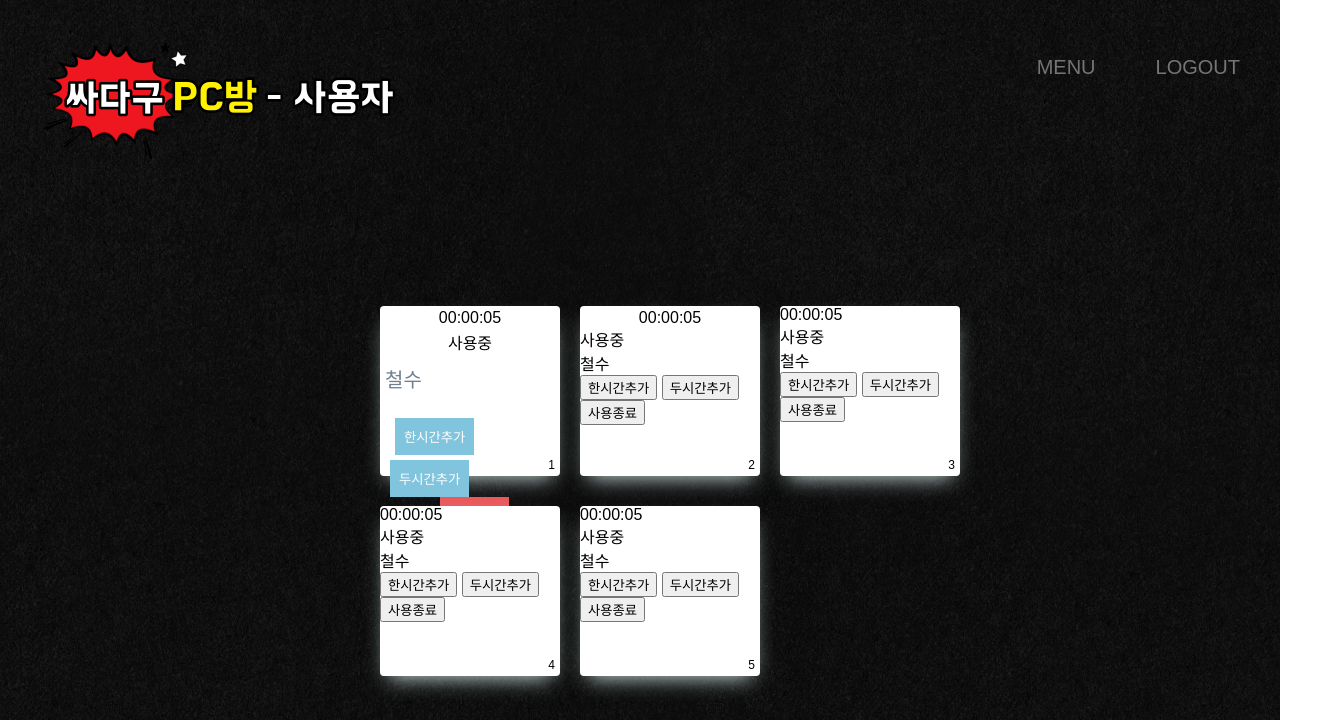
Repository: lkwoung/webProject-assignment
Page: http://localhost/CheapPC/userSeat.jsp
An editor plug-in stored every save of this project. The page is shown before and after the next save, followed by the edit.
The browser window is 1280 px wide. The page is 1320 px wide, so the pictures cover 1320 px, including what lies to the right of the window. The pictures show the whole page.
Some web fonts or font styles are not loaded; a fallback is used. The page is served by Tomcat 9.

Above is the page before, as saved 2020-12-13 13:34:19.

After the next save:
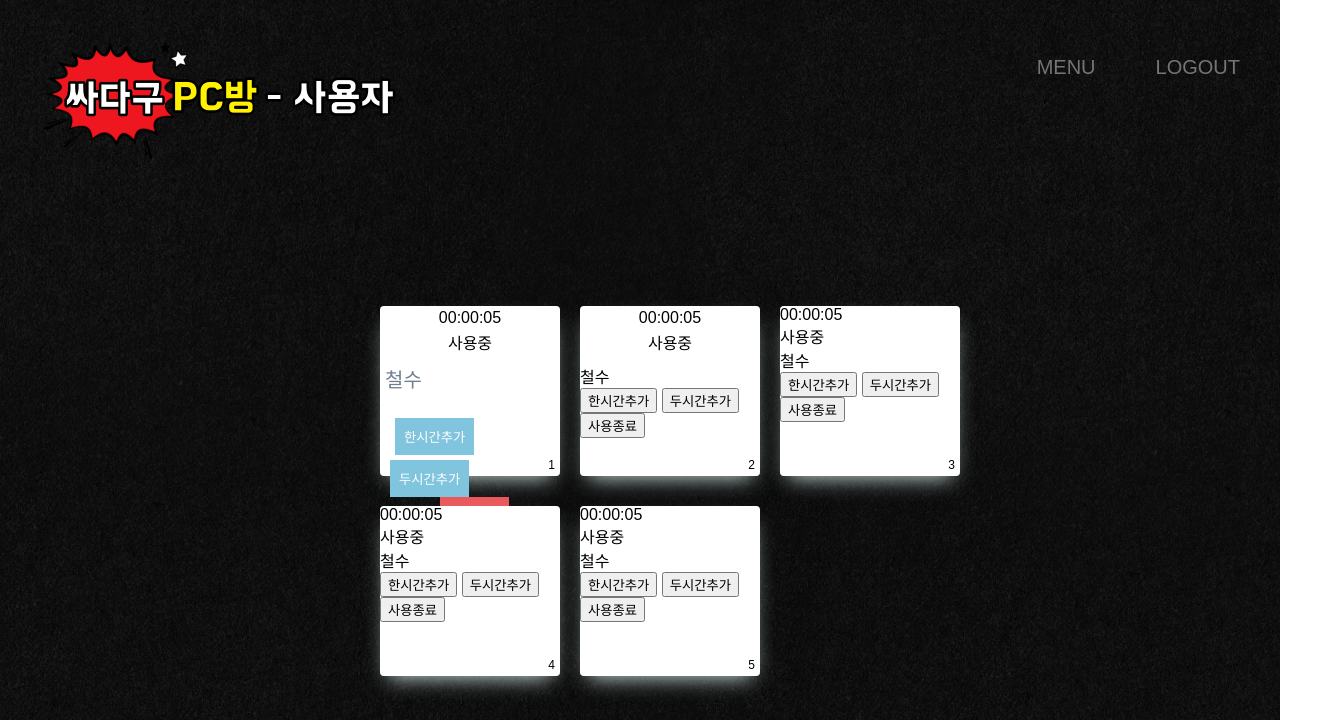
Saved 13 s later.
--- a/CheapPC/WebContent/userSeat.jsp
+++ b/CheapPC/WebContent/userSeat.jsp
@@ -49,7 +49,7 @@
           <div class="knobs"></div>
              <div class="layer">
                 <div class="1" style="text-align:center;padding-top:3px;">00:00:00</div>
-                <div id="1-state">사용중</div>
+                <div id="1-state" style="text-align:center;padding-top:3px;padding-bottom:10px;">사용중</div>
                 <div id="1-user"> </div>
             <input type="button" onclick="fncAddTime(1,3600);" value="한시간추가"/>
             <input type="button" onclick="fncAddTime(1,7200);" value="두시간추가"/>
